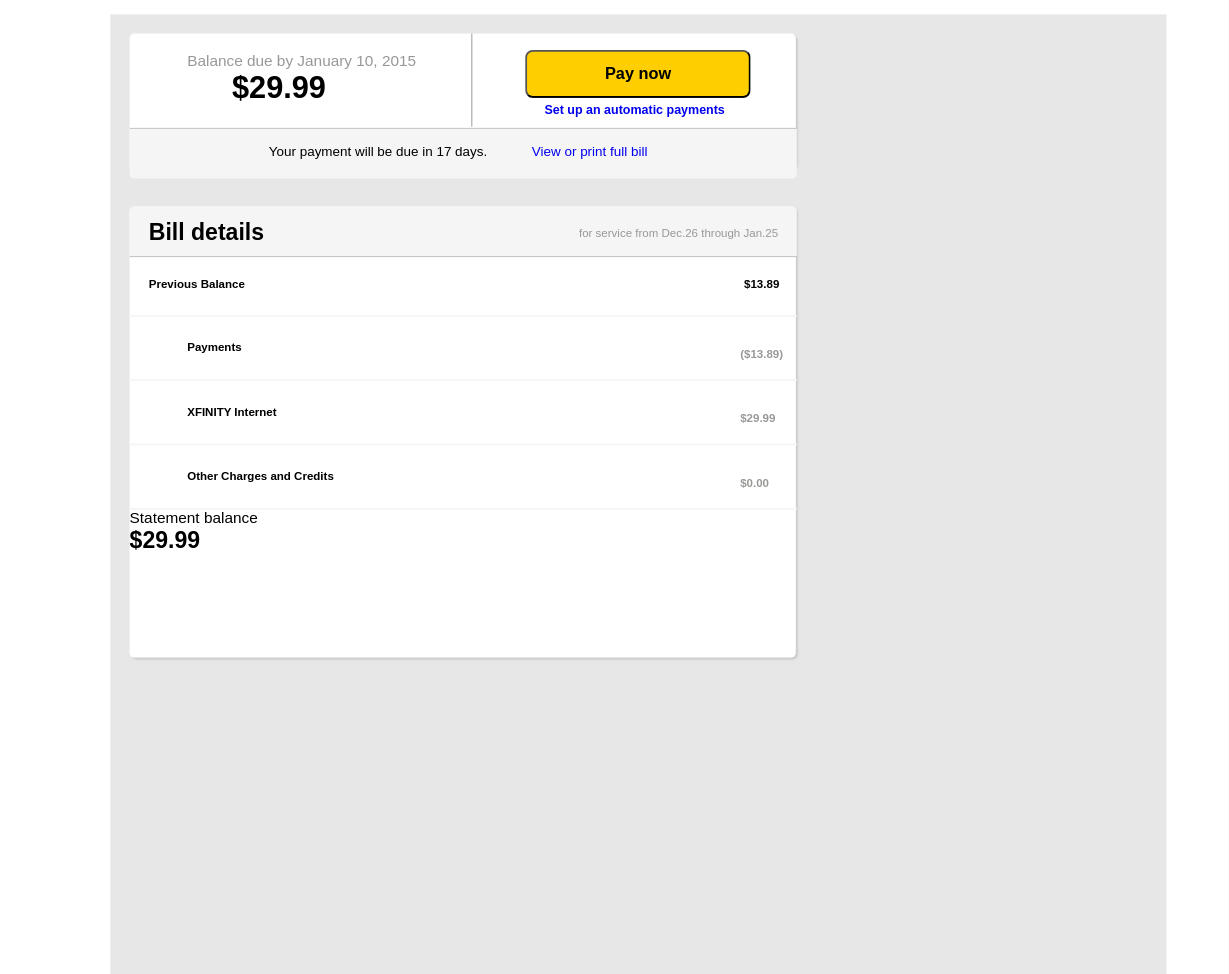
Repository: Sakivaday/UI-TSQ
Page: Aptana Studio 3 Workspace/tsq/assignment3/comcast2.html
An editor plug-in stored every save of this project. The page is shown before and after the next save, followed by the edit.
The browser window is 1280 px wide. The pictures show the whole page, at 96% of full size.
Pictures or frames that could not be fetched are drawn as grey boxes.

Above is the page before, as saved 2015-01-21 02:57:27.

### Aptana Studio 3 Workspace/tsq/assignment3/comcast2.html
<!DOCTYPE html>
<html lang="en">
	<head>


		<title>comcast2</title>
		<link href="comcst2.css" rel="stylesheet" type="text/css" media="all"/>
	</head>

	<body>
		<div class="bigbox">
			<div class="topleft1">

				<div class="cash">
					<p>Balance due by January 10, 2015</p>
					<h1>$29.99</h1>
				</div>
				<div class="pay">
					<button>Pay now</button>
					<a href="#">Set up an automatic payments</a>
				</div>
				<div class="days">
					<ul><li>
					<p>Your payment will be due in 17 days.
					<a href="#">View or print full bill</a></p>
				</li></ul>
				</div>
				</div>

			<div class="topleft2">
				<div class="billdetails">
					<h2>Bill details</h2>
					<div class="questionmark"></div>
					<p>for service from Dec.26 through Jan.25</p>
				</div>
			<div class="previousbalance">
				<p id="pb">Previous Balance</p>
				<p id="cc">$13.89</p>
			</div>
			<div class="rectbox1">
				<ul>
					<li>
						<div class="arrow"><p class="lft">Payments</p>
						</div>
						<p class="bill">($13.89)</p>
					</li></ul></div>

			<div class="rectbox1">	<ul>    <li>
						<div class="arrow"><p class="lft">XFINITY Internet</p>
						</div>
						<p class="bill">$29.99</p>
			</li></ul></div>
			<div class="rectbox1"><ul>		<li>
						<div class="arrow"><p class="lft">Other Charges and Credits</p>
						</div>
						<p class="bill">$0.00</p>
			</li></ul></div>
		<div class="statement">
					<p id="sb">Statement balance</p>
					<h2 id="p">$29.99</h2>
				</div>



			</div>



		</div>



	</body>
</html>

### Aptana Studio 3 Workspace/tsq/assignment3/comcst2.css
*{
	padding:0px;
	margin:0px;
	font-family: "Arial";
	text-decoration: none;
	list-style: none;
}
.bigbox {
	width:1100px;
	height: 1000px;
	margin-left:115px;
	margin-top: 15px;
	background-color: #e7e7e7;
}
.topleft1{
	width: 694px;
	height: 140px;
	background-color: white;
	box-shadow: 2px 2px 2px #cacaca;
	border-radius: 5px;
	margin-left: 20px;
	margin-top: 20px;
	display: inline-block;
}
.cash{
	float:left;
	margin-left: 30px;
	margin-top:20px;
	width: 47%;
}
.cash p{
	color: #989896;
	margin-left: 30px;
}
.cash h1{
	text-align: center;
	margin-left: -75px;
}
button{
	background-color: #fece00;
	width: 235px;
	height: 50px;
	border-radius: 8px;
	font-weight: bold;
	font-size: 17px;
	float:left;
	margin-left: 55px;
	margin-top: 17px;
}
.pay a{
	font-size: 13px;
	font-weight:600;
	margin-left: 75px;
	padding-top: 5px;
	padding-bottom: 10px;
	display: inline-block;
}
.pay{
	width: 47%;
	float:left;
	border-left: 1px solid #989896;
}
.days{
	background-color: #F5F5F5;
	border-top: 1px solid #989896;
	height: 52px;
	width: 695px;
	margin-top: 98px;
	border-radius: 0px 0px 5px 5px;
}
.days ul li p{
	margin-left: 145px;
	margin-top: 16px;
	font-size: 14px;
}
.days ul li a{
	font-size:14px;
	margin-left: 274px;
    display:inherit;
    margin-top: -17px;
}
.pdf{
	margin-left: 500px;
	margin-top: 16px;
	font-size: 14px;
}
.topleft2{
	width: 694px;
	height: 470px;
	background-color: white;
	box-shadow: 2px 2px 2px #cacaca;
	border-radius: 5px;
	margin-left: 20px;
	margin-top: 40px;
	display: inline-block;
}
.billdetails{
    background-color: #F5F5F5;
	border-bottom: 1px solid #989896;
	height: 52px;
	width: 695px;
	border-radius: 5px 5px 0px 0px;
}
.billdetails h2{
	margin-top: 13px;
	margin-left: 20px;
	float: left;
}
.questionmark{
	background: url('pictures/sprite.png') no-repeat;
	width:14px;
	height:14px;
	background-position: -200px -1300px;
	float: left;
	margin-top: 21px;
	margin-left: 10px;
}
.billdetails p{
	margin-top: -14px;
	margin-left: 328px;
	float:left;
	font-size: 12px;
	color: #989896;
}
.previousbalance{
	border-bottom: 2px solid #F5F5F5;
	height: 60px;
	width: 695px;
}
#pb{
	margin-left:20px;
	margin-top: 21px;
	font-weight:600;
	float:left;
	font-size: 12px;
}
#cc{
	margin-left:520px;
	margin-top: 21px;
	font-weight:600;
	float: left;
	font-size: 12px;
}
.arrow{
	background: url('pictures/sprite.png') no-repeat;
	width:23px;
	height:23px;
	background-position: -101px -500px;
	float: left;
	margin-top: 21px;
	margin-left: 20px;
}
.lft{
	float: left;
	margin-top: 4px;
	margin-left: 40px;
	font-weight:600;
	font-size: 12px;
	width: 160px;
}
.bill{
	float: left;
	margin-top: -12px;
	margin-left: 636px;
	font-weight:600;
	font-size: 12px;
	color: #989896;
	display:inline-block;
}
.rectbox1{
	border-bottom: 2px solid #F5F5F5;
	height: 65px;
	width: 695px;
}

After the next save:
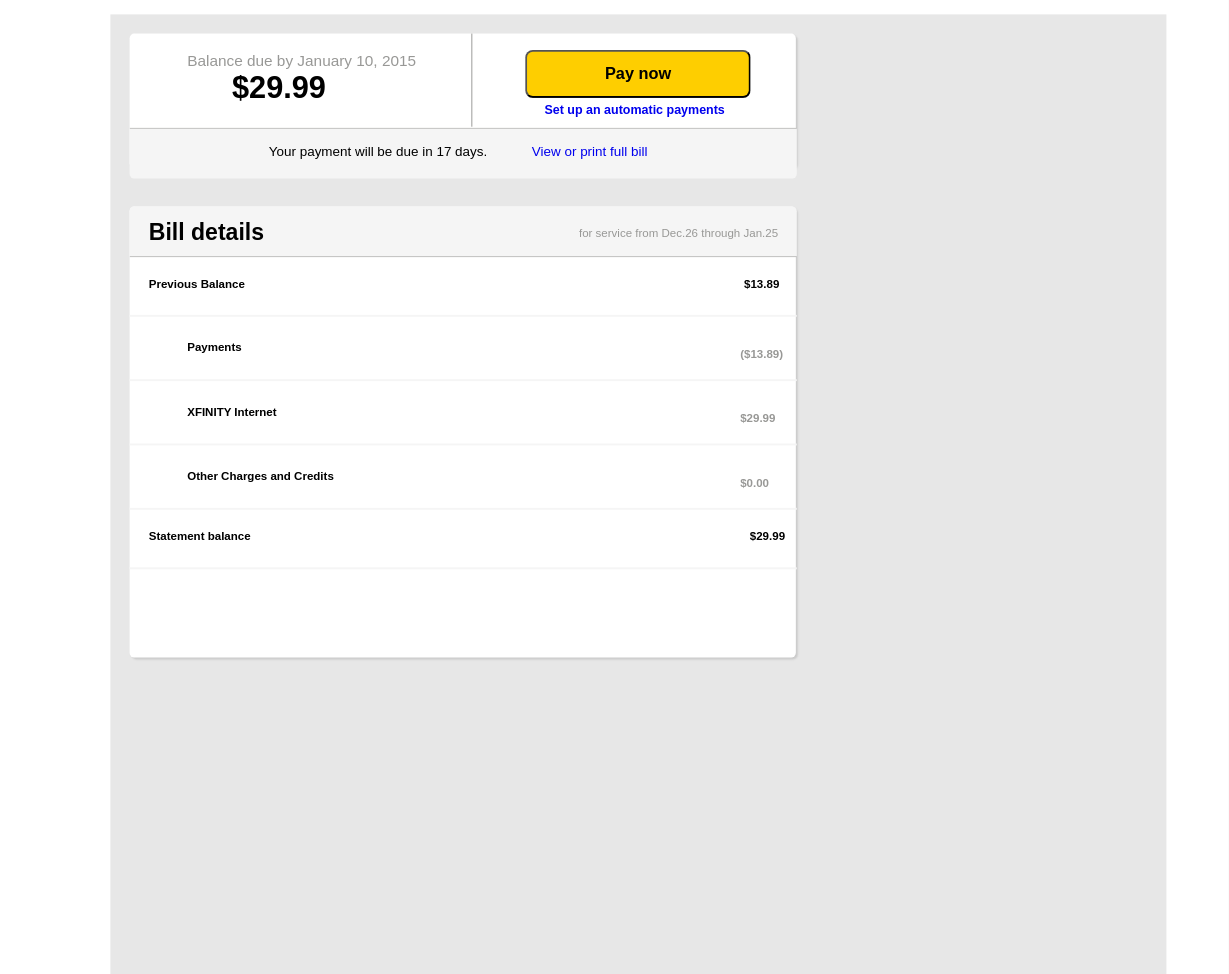
Saved 15 s later.
--- a/Aptana Studio 3 Workspace/tsq/assignment3/comcst2.css
+++ b/Aptana Studio 3 Workspace/tsq/assignment3/comcst2.css
@@ -172,3 +172,21 @@ button{
 	height: 65px;
 	width: 695px;
 }
+.statement{
+	border-bottom: 2px solid #F5F5F5;
+	height: 60px;
+	width: 695px;
+}
+#sb{
+	margin-left:20px;
+	margin-top: 21px;
+	font-weight:600;
+	float:left;
+	font-size: 12px;
+}
+#p{
+	margin-left:520px;
+	margin-top: 21px;
+	font-weight:600;
+	float: left;
+	font-size: 12px;
